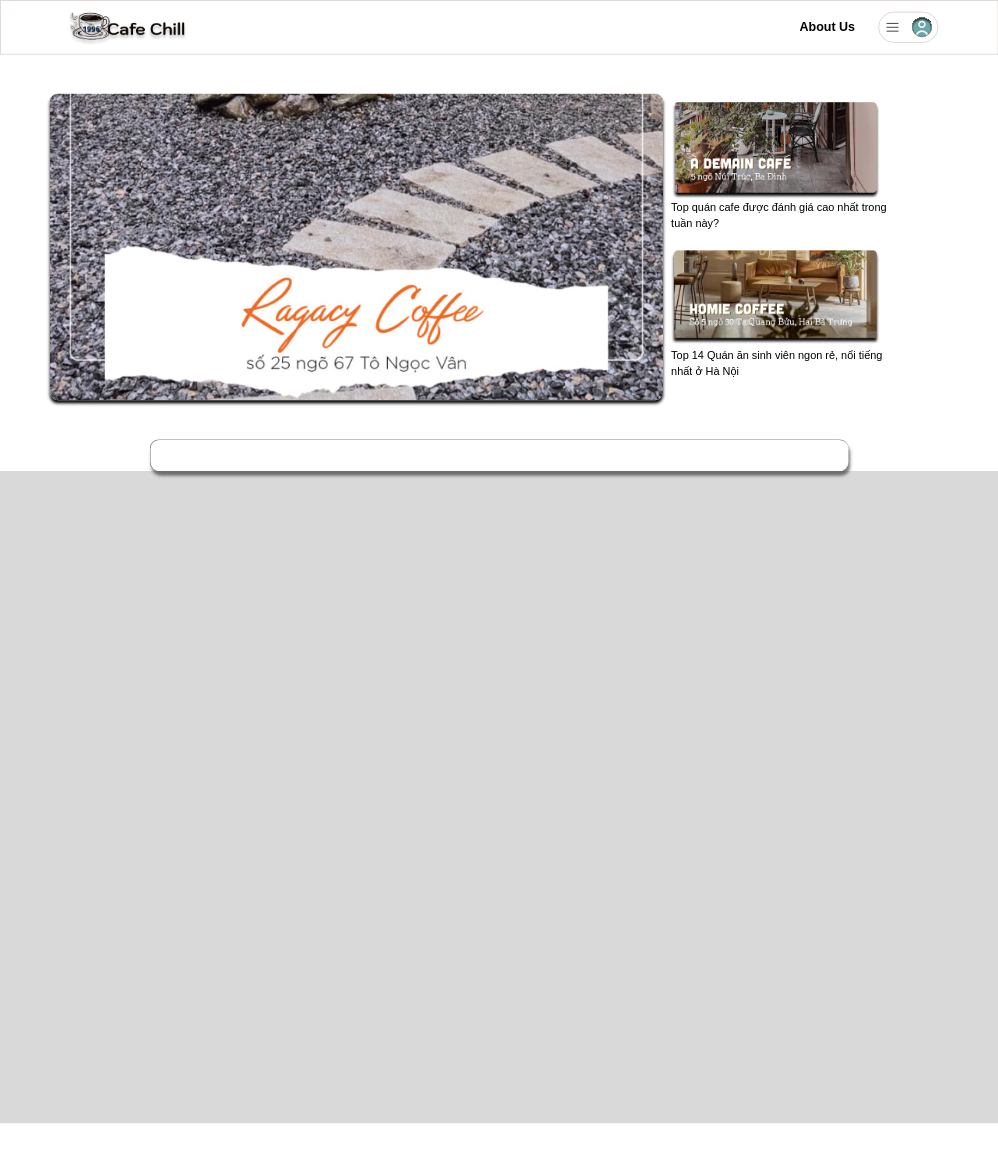
Repository: eriklehnsher/CafeReview-Vue3
Page: /
These files come from the project's save history. The page is drawn as it stood at one moment and after the next save; the edit follows.
The browser window is 1280 px wide. The pictures show the whole page, at 78% of full size.
Some web fonts or font styles are not loaded; a fallback is used. The project was rebuilt for these pictures with package versions that can differ from the ones it lists, and the page was loaded fresh each time. Also part of the build but not shown: vue.config.js.

Above is the page before, as saved 2023-10-11 10:47:39.

After the next save:
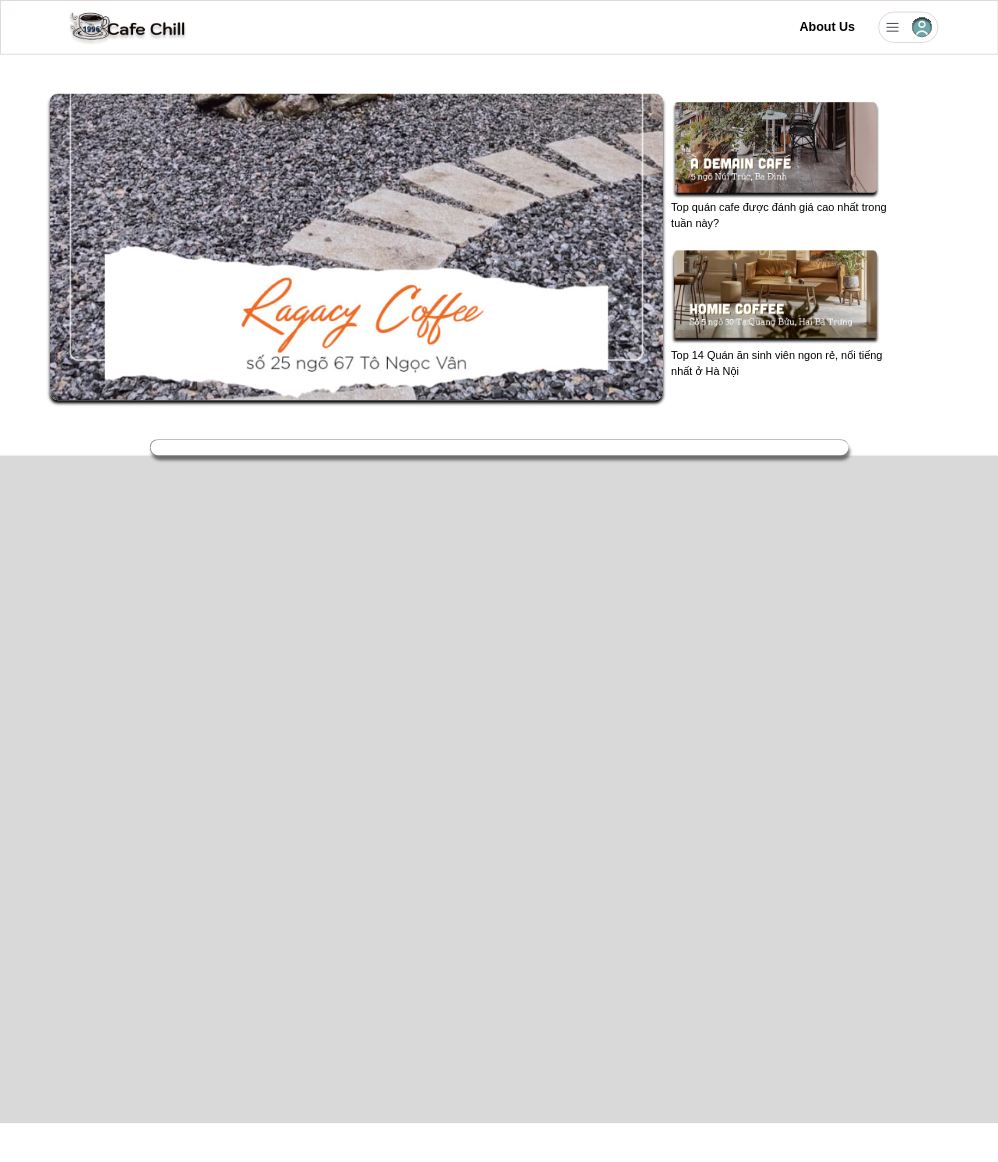
Saved 8 min 36 s later.
--- a/src/components/HomePage.vue
+++ b/src/components/HomePage.vue
@@ -63,7 +63,7 @@
     </div>
 
     <div class="search-box">
-      <SearchBox class="searchbox-content"></SearchBox>
+     <Dropdown></Dropdown>
     </div>
 
     <div class="top-cafe"></div>
@@ -71,11 +71,11 @@
 </template>
 
 <script>
-import SearchBox from "@/Home/SearchBox";
+import Dropdown from "@/Home/Dropdown";
 
 export default {
   components: {
-    SearchBox,
+    Dropdown,
   },
 };
 </script>
